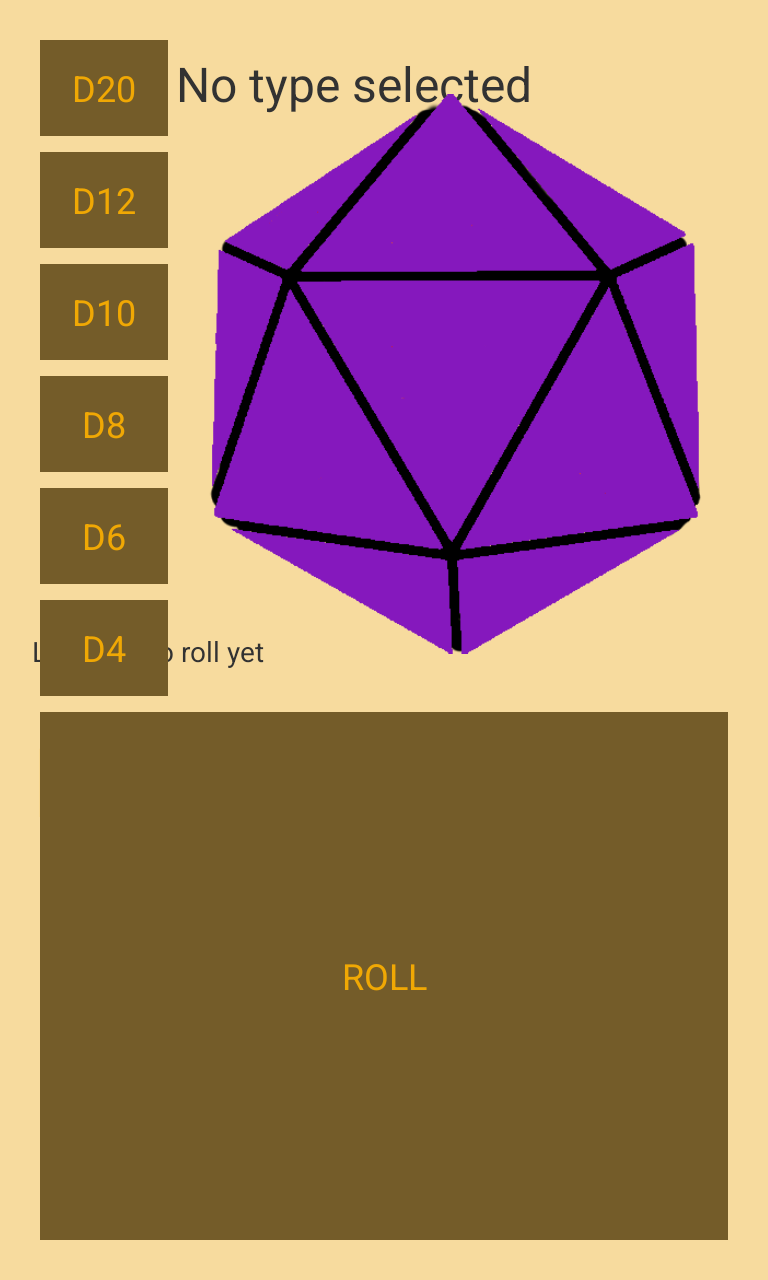
Repository: Bjodol/Roller
Layout: Roller3/res/layout/activity_main.xml
The author's editor kept a copy of each file at every save. The layout is drawn from the files as they stood at one save, then again after the next save.
It is drawn on a 768 x 1280 px phone screen (xhdpi) without system bars, with theme AppTheme; the app's code is not run. The app's manifest (not shown) leaves right-to-left support off. So textAlignment, textDirection and layoutDirection are ignored, and left and right values win over start and end ones.

Above is the layout before, as saved 2013-08-31 09:33:37.

After the next save:
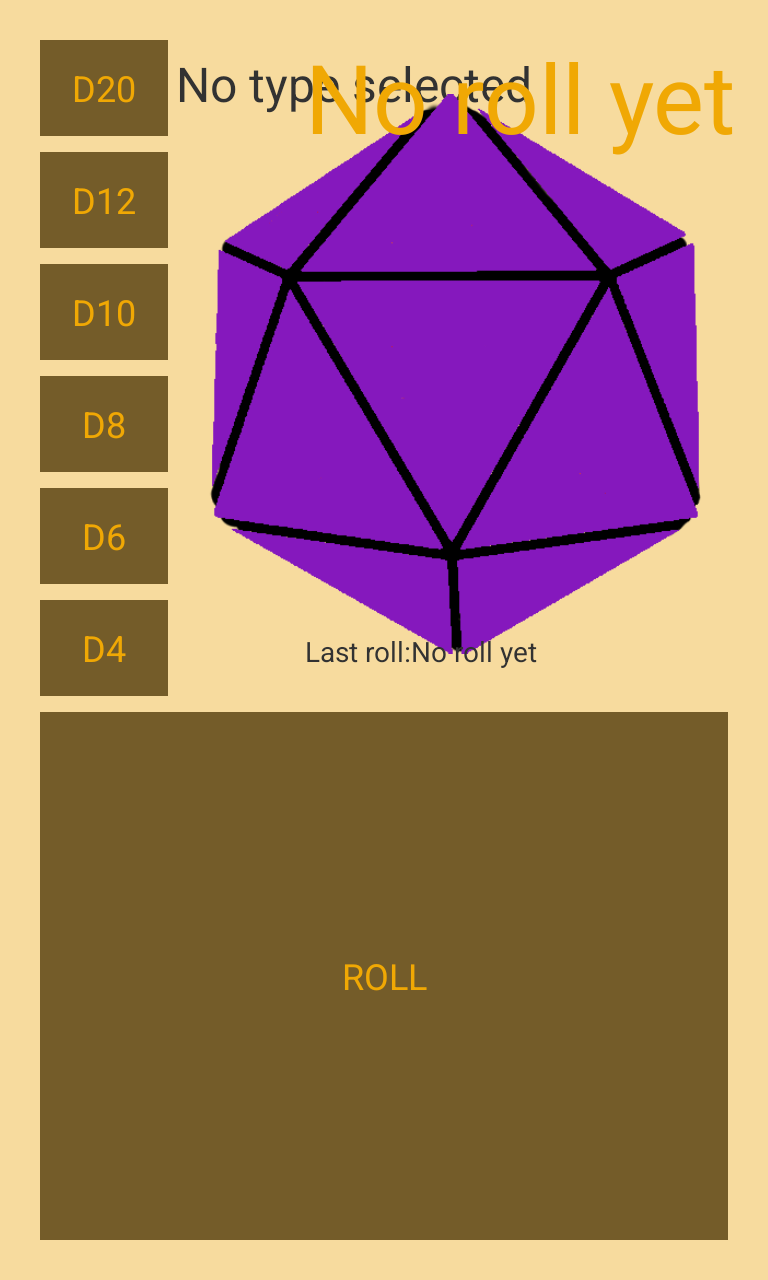
Saved 95 s later.
--- a/Roller3/res/layout/activity_main.xml
+++ b/Roller3/res/layout/activity_main.xml
@@ -43,7 +43,7 @@
         android:id="@+id/dice_throw"
         android:layout_width="wrap_content"
         android:layout_height="wrap_content"
-        android:layout_below="@id/purpleDice"
+        android:layout_alignParentRight="true"
         android:text="@string/noRolls"
         android:textAlignment="center"
         android:textSize="48sp"
